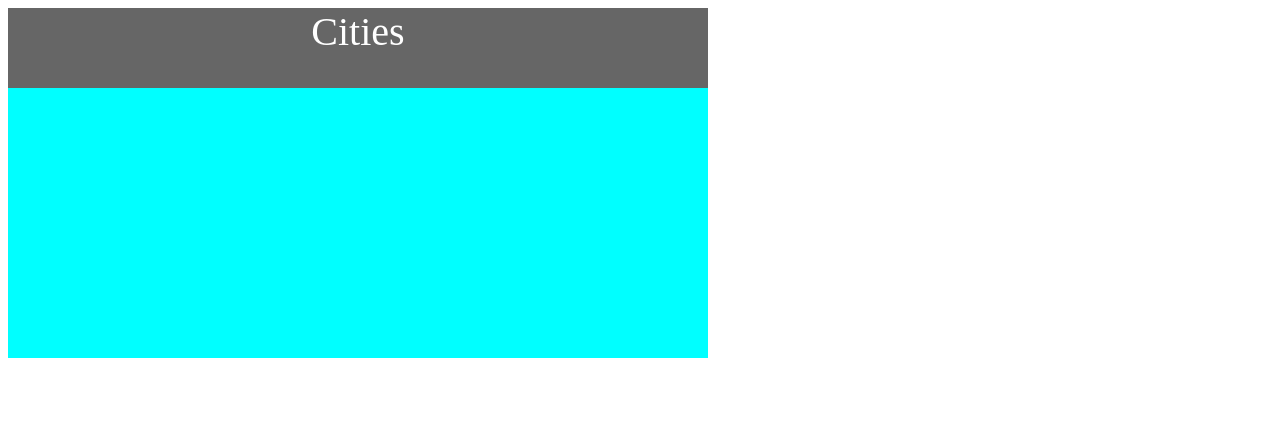
Repository: LongNguyen2504/T3H-FrondEnd
Page: Lesson3_CSS_HomeWork1.html
These files come from the project's save history. The page is drawn as it stood at one moment and after the next save; the edit follows.
The browser window is 1280 px wide. The pictures show the whole page.

Above is the page before, as saved 2021-12-01 17:21:48.

After the next save:
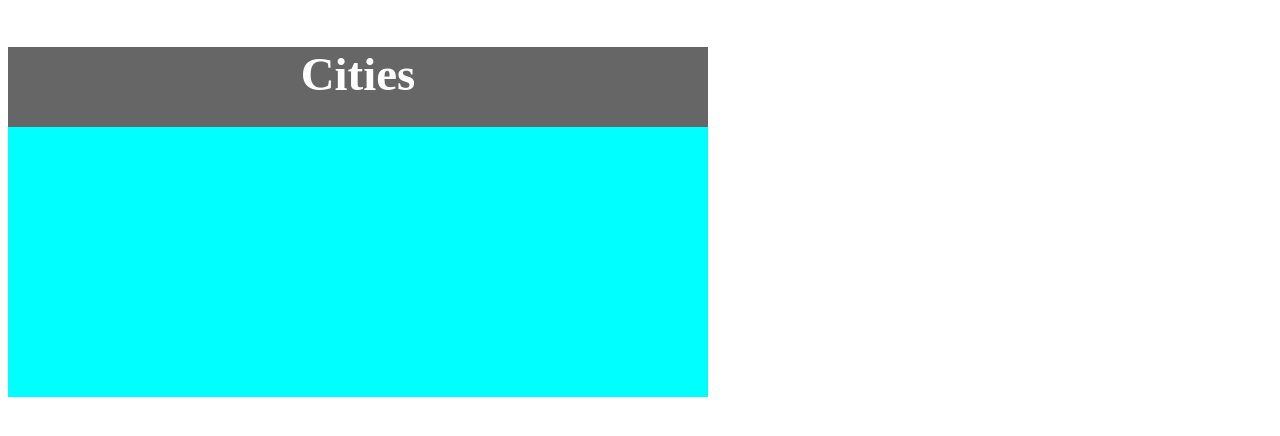
Saved 78 s later.
--- a/Lesson3_CSS_HomeWork1.html
+++ b/Lesson3_CSS_HomeWork1.html
@@ -10,7 +10,7 @@
 <body>
     <div class="ancestor-div" >
         <div class="city-div"  >
-            Cities
+            <h3>Cities</h3>
         </div>
     </div>
 
